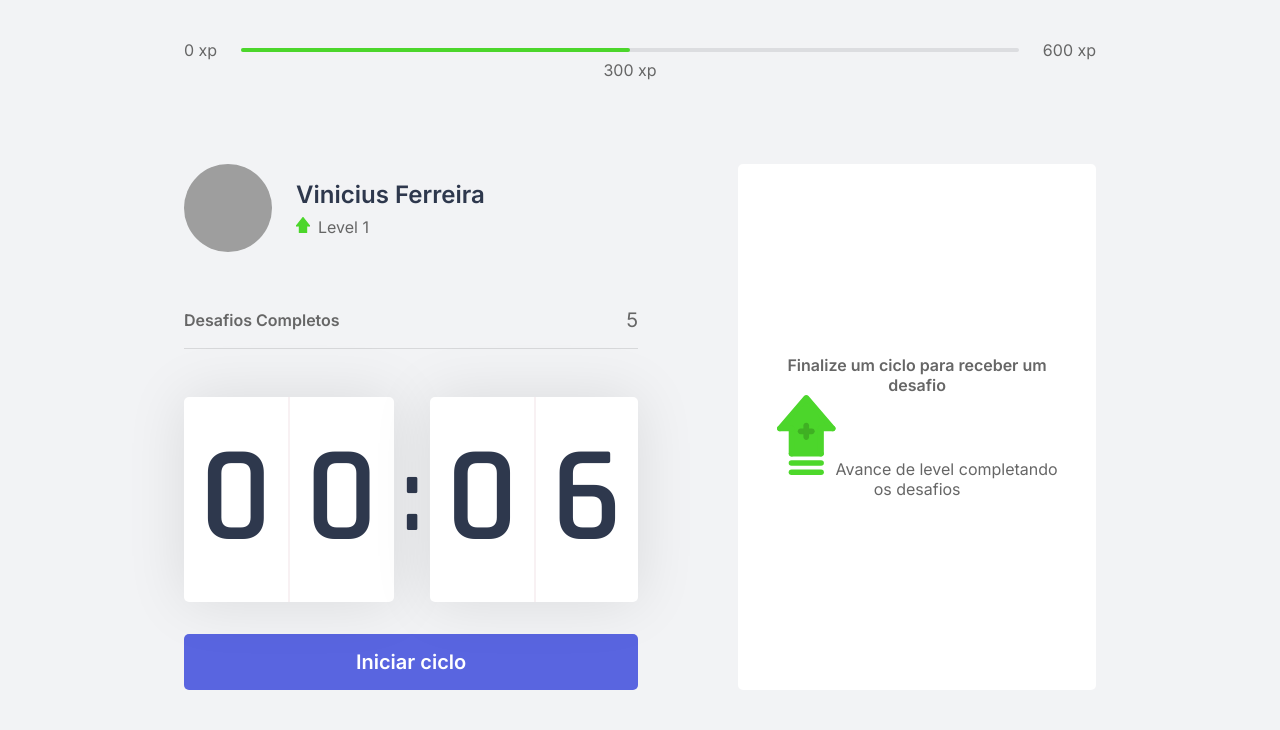
Repository: viniciusfg05/nlwFocus
Page: /
An editor plug-in stored every save of this project. The page is shown before and after the next save, followed by the edit.
The browser window is 1280 px wide. The pictures show the whole page.
Pictures or frames that could not be fetched are drawn as grey boxes. The project was rebuilt for these pictures with package versions that can differ from the ones it lists, and the page was loaded fresh each time. The framework's server and built-in components were replaced by stand-ins that run in the browser.

Above is the page before, as saved 2022-02-28 11:01:43.

### src/pages/_app.tsx
import '../styles/global.css'

import { AppProps } from 'next/app'

function MyApp({ Component, pageProps }: AppProps) {
  return <Component {...pageProps} />
}

export default MyApp

### src/pages/_document.tsx
import Document, { Html, Head, Main, NextScript} from 'next/document'

export default class Mydocument extends Document {
    render() {
        return(
            <Html>
                <Head>
                    <link rel='shortcut icon' href='favicon.png' type='image/png' />

                    <link rel="preconnect" href="https://fonts.gstatic.com" />
                    <link href="https://fonts.googleapis.com/css2?family=Inter:wght@400;500;600&family=Rajdhani:wght@600&display=swap" rel="stylesheet" />
                </Head>
                <body>
                    <Main />
                    <NextScript />
                </body>
            </Html>
        )
    }
}

### src/pages/index.tsx
import { CompleteChallenges } from "../components/CompleteChallenges";
import { CountDown } from "../components/CountDown";
import { ExperienceBar } from "../components/ExperinceBar";
import { Profile } from "../components/Profile";
import { ChallegesBox } from "../components/ChallegesBox";

import styles from "../styles/pages/Home.module.css"

import Head from 'next/head'

export default function Home() {
  return (
    <div className={styles.container}>
      <Head>
        <title>Inicio | Focus</title>
      </Head>

      <ExperienceBar />

      <section>
        <div>
          <Profile />
          <CompleteChallenges />
          <CountDown />
        </div>
        <div>
          <ChallegesBox />
        </div>
      </section>

    </div>
  )
}

### src/styles/global.css
*{
    margin: 0;
    padding: 0;
    box-sizing: border-box;
}

:root{
    --white: #fff;
    --background: #f2f3f5;
    --gray-line: #DCDDE0;
    --text: #666666;
    --text-highligth: #B3B9FF;
    --title: #2E384D;
    --red: #E83F5B;
    --green: #4CD62B;
    --blue: #5965E0;
    --blue-dark: #4953B8;
    --blue-twitter: #2AA9E0;
}

@media(max-white: 1080px) {
    html{
        font-size: 93.75%;
    }
}

@media(max-white: 750px) {
    html{
        font-size: 87.5%;
    }
}

body{
    background-color: var(--background);
    color: var(--text);

}

body, input, textarea, button {
    font: 400 1rem 'inter', sans-serif;
}

button{
    cursor: pointer;
}

a{
    color: inherit; /* para erdar a color do container */
    text-decoration: none;
}

### src/components/CompleteChallenges.tsx
import styles from '../styles/components/CompleteChallenges.module.css'


export function CompleteChallenges() {
    return(
        <div className={styles.CompleteChallenges}>
            <strong>Desafios Completos</strong>
            <span>5</span>
        </div>
    )
}

### src/components/CountDown.tsx
import { useState, useEffect } from 'react'
import styles from '../styles/components/CountDown.module.css'

let countDownTimeOut: NodeJS.Timeout; //para cancelar o timeOut


export function CountDown() {
    const [ time, setTime ] = useState(0.1 * 60)
    const [ isActive, setIsActive ] = useState(false)// para iniciar com desabilitado o conometro
    const [ timeFineshed, setTimeFineshed] = useState(false)

    const minutos = Math.floor(time / 60);
    const segundos = (time % 60); // '%' resto da divisão

    const [minuteLefts, minuteRight] = String(minutos).padStart(2, '0').split('')
    const [ segundosLefts, segundosRights ] = String(segundos).padStart(2, '0').split('')

    // padStart(2 '0') = para os numero a baixo de 10 ele vai add um '0' no inicio, ex. '05'
    // split('') = ele vai pera a string por exemplo '25' e repartir em dois '2' e '5'. split devolve um array com primeiro e segundo caractere

    function startCoutDown() {
        setIsActive(true);
    }

    function CancelCoutDown() {
        clearTimeout(countDownTimeOut)
        setIsActive(false);
        setTime((0.1 * 60))
    }

    useEffect(() => {
        if (isActive && time > 0) {
            countDownTimeOut = setTimeout(() => {setTime(time - 1);}, 1000)
        } else if (isActive && time === 0) {
            setTimeFineshed(true)
            setIsActive(false);

        }
    }, [isActive, time]);

    // setTimeout(() => {setTime(time - 1);}, 1000) = setTimeout = depois de 1000ms execute uma função; setTime recebe o valor de time -1.ou seja ele mudar para -1 a cada 1s e se add o time no useEffect sempre que o time mudar ele tira mais 1 segundo
    return(
        <div>
            <div className={styles.CountDownContainer}>
            <div>
                <span>{minuteLefts}</span>
                <span>{minuteRight}</span>
            </div>
            <span>:</span>
            <div>
                <span>{segundosLefts}</span>
                <span>{segundosRights}</span>
            </div>
        </div>

        {timeFineshed ? (
            <button
            disabled
            className={`${styles.CountdownButton} ${styles.CountdownButtonFinished}`}
            >
                Cliclo encerrado
            </button>
        ) : (
            <>
                { isActive ? (
                    <button
                    type="button"
                    className={`${styles.CountdownButton} ${styles.CountdownButtonActive} `}
                    onClick={CancelCoutDown}
                    >
                        Abondonar ciclo
                    </button>
                ) : (
                    <button
                        type="button"
                        className={styles.CountdownButton}
                        onClick={startCoutDown}
                     >
                        Iniciar ciclo
                    </button>
                )}
            </>
        )}






        </div>
    )
}

### src/components/ExperinceBar.tsx
import styles from '../styles/components/ExperienceBar.module.css'

export function ExperienceBar() {
    return(
        <header className={styles.experienceBar}>
            <span>0 xp</span>
                <div>
                    <div style={{ width: '50%',}}/>

                    <span className={styles.currentExperience} style={{ left: '50%'}}>300 xp</span>
                </div>
            <span>600 xp</span>
        </header>
    )
}

### src/components/Profile.tsx
import styles from '../styles/components/Profile.module.css'


export function Profile() {
    return(
        <div className={styles.profileContainer} >
            <img src="https://avatars.githubusercontent.com/u/68232658?s=400&u=003f61fe1fe4474daf9c3f5226d596c5f99dd759&v=4" alt="Vinicius Ferreira" />
            <div>
                <strong>Vinicius Ferreira</strong>
                <p>
                    <img src="icons/level.svg" alt="Level" />
                    Level 1
                </p>
            </div>
        </div>
    )
}

### src/components/ChallegesBox.tsx
import styles from '../styles/components/ChallegesBox.module.css'

export function ChallegesBox() {
  return (
    <div className={styles.ChallegesBoxContainer}>
      <div className={styles.ChallegesBoxActive}>
        <strong>Finalize um ciclo para receber um desafio</strong>
        <p>
          <img src="icons/level-up.svg" alt="Level up" />
          Avance de level completando os desafios
        </p>
      </div>
    </div>
  )
}

### src/styles/pages/Home.module.css
.container{
    height: 100;
    max-width: 992px;
    margin: 0 auto;
    padding: 2.5rem;

    display: flex;
    flex-direction: column;

    gap: 6.5rem;
}

.container section {
    flex: 1;

    display: grid;
    grid-template-columns: 1fr 1fr;
    gap: 6.25rem;
    align-content: center;
}

### src/styles/components/CompleteChallenges.module.css
.CompleteChallenges {
    display: flex;
    align-items: center;
    justify-content: space-between;

    margin: 3.5rem 0 0;
    padding-bottom: 1rem;
    border-bottom: 1px solid #d7d8da;
    font-weight: 400;
    /* font: "Inter", sans-serif; ; */
    margin-bottom: 3rem
}


.CompleteChallenges span:first-child{
    font-size: 1.25rem;
}


.CompleteChallenges span:last-child{
    font-size: 1.25rem;
}

### src/styles/components/CountDown.module.css
.CountDownContainer {
  display: flex;
  align-items: center;
  font-family: Rajdhani;
  font-weight: 600;
  color: var(--title);
}

.CountDownContainer > div {
  flex: 1;

  display: flex;
  align-items: center;
  justify-content: space-evenly;

  background-color: var(--white);
  box-shadow: 0 0 60px rgba(0, 0, 0, 0.1);
  border-radius: 5px;
  font-size: 8.5rem;
  text-align: center;
}

.CountDownContainer > div span {
  flex: 1;
}

.CountDownContainer > div span:first-child {
  border-right: 1px solid #f8f1f3;
  padding: 1rem;
}

.CountDownContainer > div span:last-child {
  border-left: 1px solid #f8f1f3;
  padding: 1rem;
}

.CountDownContainer > span {
  font-size: 6.5rem;
  margin: 0 0.5rem;
}

.CountdownButton {
  width: 100%;
  height: 3.5rem;

  margin-top: 2rem;

  display: flex;
  align-items: center;
  justify-content: center;

  border: 0;
  border-radius: 5px;
  background-color: var(--blue);
  color: var(--white);

  font-size: 1.25rem;
  font-weight: 600;
  transition: background-color 0.3s;
}

.CountdownButton:not(:disabled):hover {
  background-color: var(--blue-dark);
}

.CountdownButtonActive {
  background-color: var(--red);
  color: var(--gray-line);

  transition: 0.3s;
}

.CountdownButtonActive:hover {
  background-color: #b83349;
  color: var(--gray-line);
}

.CountdownButtonFinished {
  background-color: var(--green);
  color: var(--title);
  cursor: not-allowed;
}

### src/styles/components/ExperienceBar.module.css
.experienceBar {
    display: flex;
    align-items: center;
}

.experienceBar spam {
    font-size: 1 rem;
}

.experienceBar > div {
    flex: 1;
    height: 4px;
    border-radius: 4px;
    background-color: var(--gray-line);
    margin: 0 1.5rem;
    position: relative;
}

.experienceBar > div > div{
    height: 4px;
    border-radius: 4px;
    background-color: var(--green)
}

span.currentExperience{
    position: absolute;
    top: 12px;
    transform: translateX(-50%)
}

### src/styles/components/Profile.module.css
.profileContainer {
    display: flex;
    align-items: center;
}

.profileContainer > img{
    width: 5.5rem;
    height: 5.5rem;
    border-radius: 50%;
}

.profileContainer div{
    margin-left: 1.5rem;
}

.profileContainer div strong {
    font-size: 1.5rem;
    font-weight: 600;
    color: var(--title);
}

.profileContainer div p {
    font-size: 1rem;
    margin-top: 0.5rem;
}

.profileContainer div p img {
    margin-right: 0.5rem;
}

### src/styles/components/ChallegesBox.module.css
.ChallegesBoxContainer {
  height: 100%;
  background: var(--white);
  border-radius: 5px;
  padding: 1.5rem 2rem;
  display: flex;
  flex-direction: column;
  align-items: center;
  justify-content: center;

  text-align: center;
}

.ChallegesBoxNotActive {
  display: flex;
  flex-direction: column;
  align-items: center;
}

.ChallegesBoxNotActive strong {
  font-size: 1.5rem;
  font-weight: 500;
  line-height: 1.4rem;
}

.ChallegesBoxNotActive p {
  display: flex;
  flex-direction: column;
  align-items: center;
  line-height: 1.4rem;
  max-width: 70%;
  margin-top: 3rem;
}

.ChallegesBoxNotActive p img {
  margin-bottom: 1rem;
}

After the next save:
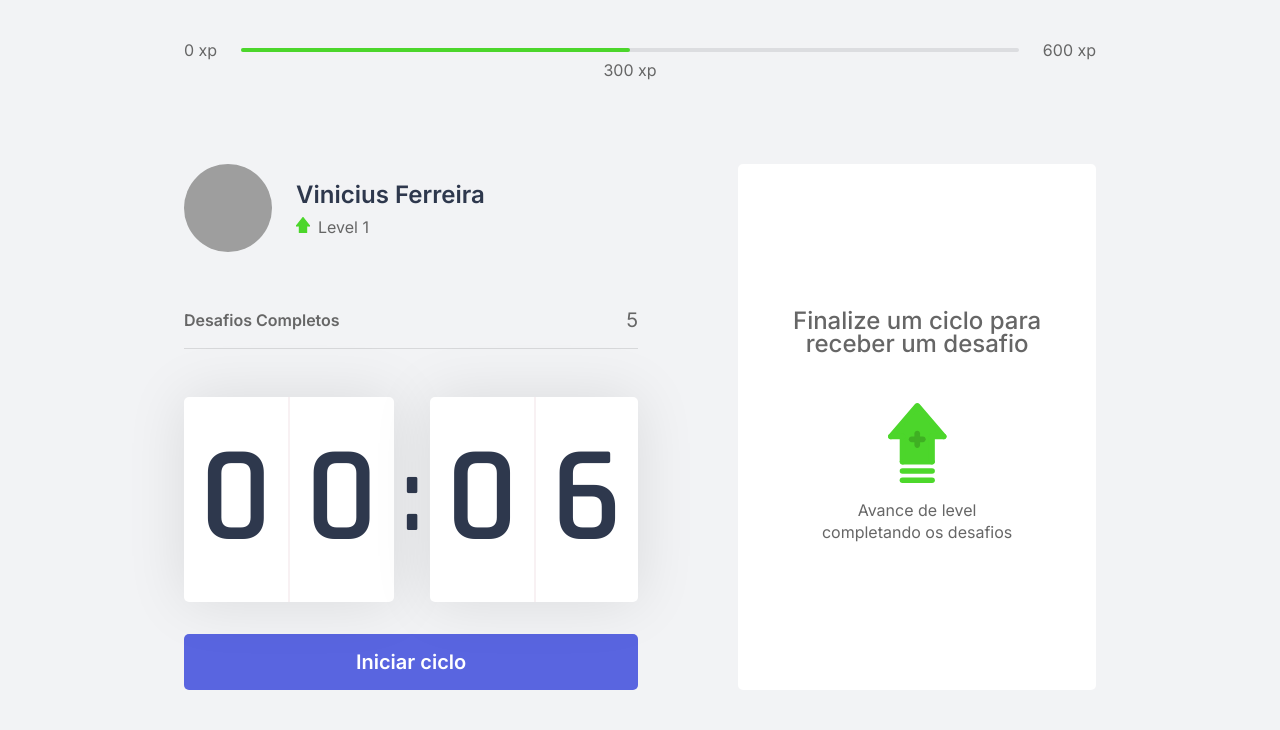
Saved 5 s later.
--- a/src/components/ChallegesBox.tsx
+++ b/src/components/ChallegesBox.tsx
@@ -3,7 +3,7 @@ import styles from '../styles/components/ChallegesBox.module.css'
 export function ChallegesBox() {
   return (
     <div className={styles.ChallegesBoxContainer}>
-      <div className={styles.ChallegesBoxActive}>
+      <div className={styles.ChallegesBoxNotActive}>
         <strong>Finalize um ciclo para receber um desafio</strong>
         <p>
           <img src="icons/level-up.svg" alt="Level up" />
